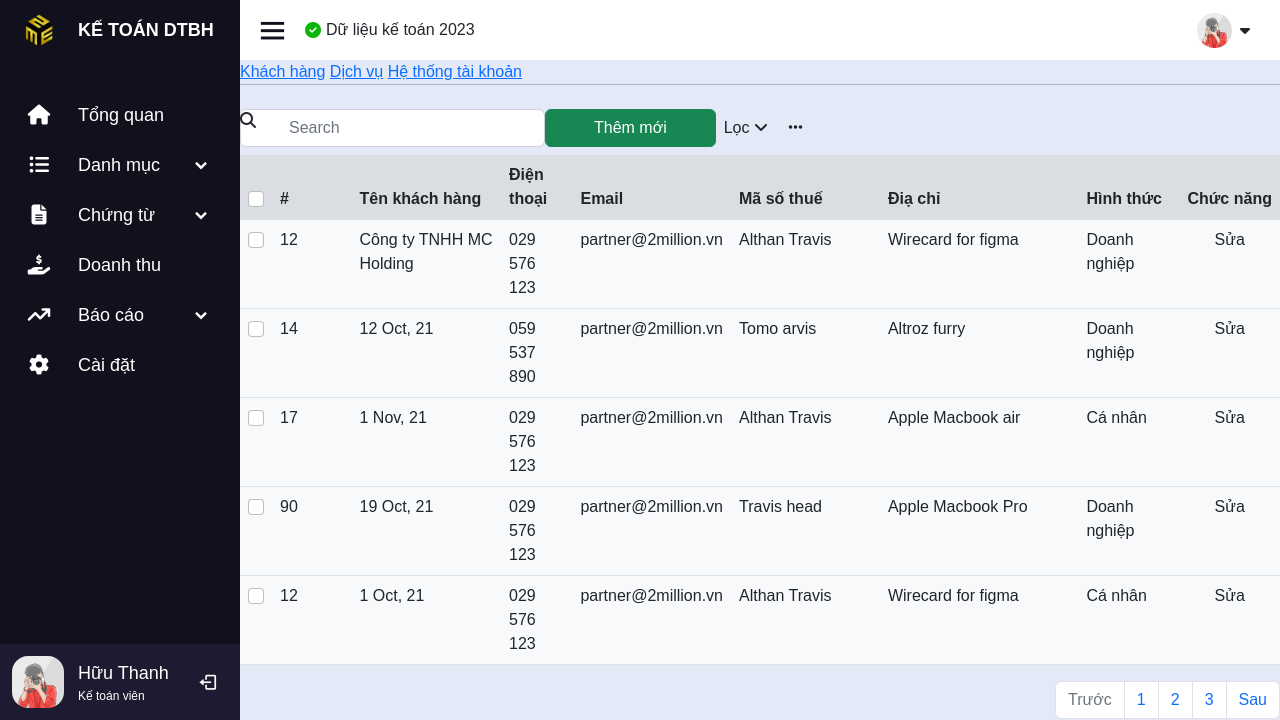
Repository: huuthanhdev/PhanMemKeToan
Page: pages/customer.html
These files come from the project's save history. The page is drawn as it stood at one moment and after the next save; the edit follows.
The browser window is 1280 px wide. The pictures show the whole page.
Some web fonts or font styles are not loaded; a fallback is used. Some web libraries are served in a nearby version.

Above is the page before, as saved 2023-03-24 16:45:41.

### pages/customer.html
<!DOCTYPE html>
  <!-- Coding by CodingLab | www.codinglabweb.com -->
<html lang="en">
<head>
    <meta charset="UTF-8">
    <meta http-equiv="X-UA-Compatible" content="IE=edge">
    <meta name="viewport" content="width=device-width, initial-scale=1.0">
    <link rel="icon" type="png" href="/assets/img/logo 2me.png"/>
    <title>2MILLION</title>
    <!----======== CSS ======== -->
    <link rel="stylesheet" href="/assets/css/style.css">
    <!----===== Boxicons CSS ===== -->
    <link href='https://unpkg.com/boxicons@2.1.1/css/boxicons.min.css' rel='stylesheet'>
    <link rel="stylesheet" href="https://cdnjs.cloudflare.com/ajax/libs/font-awesome/6.1.2/css/all.min.css" integrity="sha512-1sCRPdkRXhBV2PBLUdRb4tMg1w2YPf37qatUFeS7zlBy7jJI8Lf4VHwWfZZfpXtYSLy85pkm9GaYVYMfw5BC1A==" crossorigin="anonymous" referrerpolicy="no-referrer" />
    <!-- bootstrap 5 -->
    <link href="https://cdn.jsdelivr.net/npm/bootstrap@5.2.1/dist/css/bootstrap.min.css" rel="stylesheet"
    integrity="sha384-iYQeCzEYFbKjA/T2uDLTpkwGzCiq6soy8tYaI1GyVh/UjpbCx/TYkiZhlZB6+fzT" crossorigin="anonymous">

</head>
<body>
    <div class="sidebar">
        <div class="logo-details">
          <!-- <i class='bx bxl-c-plus-plus'></i> -->
          <img src="../assets/img/logo 2me.png" alt="" class="logo-img">
          <span class="logo_name">KẾ TOÁN DTBH</span>
        </div>
        <ul class="nav-links">
          <li class="nav-item">
            <a href="../pages/overview.html">
              <i class='fa-solid fa-house'></i>
              <span class="link_name">Tổng quan</span>
            </a>
            <ul class="sub-menu blank">
              <li><a class="link_name" href="../pages/overview.html">Tổng quan</a></li>
            </ul>
          </li>
          <li class="nav-item active">
            <div class="icon-link">
              <a href="../pages/customer.html">
                <i class='fa-solid fa-list-ul' ></i>
                <span class="link_name">Danh mục</span>
              </a>
              <i class='bx bxs-chevron-down arrow' ></i>
            </div>
            <ul class="sub-menu">
              <li><a class="link_name" href="#">Danh mục</a></li>
              <li><a href="../pages/customer.html">Khách hàng</a></li>
              <li><a href="../pages/service.html">Dịch vụ</a></li>
              <li><a href="../pages/account.html">Tài khoản</a></li>
            </ul>
          </li>

          <li class="nav-item">
            <div class="icon-link">
              <a href="#">
                <i class='fa-solid fa-file-lines' ></i>
                <span class="link_name">Chứng từ</span>
              </a>
              <i class='bx bxs-chevron-down arrow' ></i>
            </div>
            <ul class="sub-menu">
              <li><a class="link_name" href="#">Chứng từ</a></li>
              <li><a href="#">Hóa đơn GTGT</a></li>
              <li><a href="#">Phiếu giảm giá HB</a></li>
            </ul>
          </li>

          <li class="nav-item">
            <a href="#">
              <i class='fa-solid fa-hand-holding-dollar' ></i>
              <span class="link_name">Doanh thu</span>
            </a>
            <ul class="sub-menu blank">
              <li><a class="link_name" href="#">Doanh thu</a></li>
            </ul>
          </li>

          <li class="nav-item">
            <div class="icon-link">
              <a href="#">
                <i class='fa-solid fa-arrow-trend-up' ></i>
                <span class="link_name">Báo cáo</span>
              </a>
              <i class='bx bxs-chevron-down arrow' ></i>
            </div>
            <ul class="sub-menu">
              <li><a class="link_name" href="#">Báo cáo</a></li>
              <li><a href="#">Doanh thu theo KH</a></li>
              <li><a href="#">Doanh thu theo DV</a></li>
              <li><a href="#">Tổng hợp Doanh thu</a></li>
              <li><a href="#">Giảm trừ Doanh thu</a></li>
            </ul>
          </li>

          <li class="nav-item">
            <a href="#">
              <i class='fa-solid fa-gear' ></i>
              <span class="link_name">Cài đặt</span>
            </a>
            <ul class="sub-menu blank">
              <li><a class="link_name" href="#">Cài đặt</a></li>
            </ul>
          </li>
          <li>
        <div class="profile-details">
          <div class="profile-content">
            <img src="../assets/img/client2.png" alt="profileImg">
          </div>
          <div class="name-job">
            <div class="profile_name">Hữu Thanh</div>
            <div class="job">Kế toán viên</div>
          </div>
          <i class='bx bx-log-out' ></i>
        </div>
      </li>
    </ul>
      </div>
    <section class="home-section">
      <div class="home-nav">
          <i class='bx bx-menu' ></i>
          <div class="home-text">
              <i class="fa-solid fa-circle-check home-icon"></i>
              <span>Dữ liệu kế toán 2023</span>
          </div>

          <div class="home-info">
              <img src="../assets/img/client2.png" alt="avatar" class="home-avatar">
              <i class="fa-solid fa-caret-down"class="home-icon"></i>
          </div>
      </div>
      <!-- content -->
      <div class="home-content">
        <div class="home-tab">
          <a class="tab-item active" href="/pages/customer.html">Khách hàng</a>
          <a class="tab-item" href="/pages/service.html">Dịch vụ</a>
          <a class="tab-item" href="/pages/account.html">Hệ thống tài khoản</a>
        </div>
        <hr class="mt-0 mb-4">
        <!-- table -->
        <div class="container-fluid mt-0 px-0">
          <div class="mb-2 d-flex justify-content-start align-items-center">
              <div class="position-relative">
                  <span class="position-absolute search"><i class="fa fa-search"></i></span>
                  <input class="form-control w-100 px-5 m-0" placeholder="Search">
              </div>
              <button type="button" class="btn btn-success px-5">Thêm mới</button>
              <div class="px-2">
                  <span>Lọc <i class="fa fa-angle-down"></i></span>
                  <i class="fa fa-ellipsis-h ms-3"></i>
              </div>
          </div>
          <div class="table-responsive">
          <table class="table table-responsive table-hover bg-light">
            <thead>
              <tr style="background-color: #dadee2">
                <th scope="col" width="2%"><input class="form-check-input" type="checkbox"></th>
                <th scope="col" width="8%">#</th>
                <th scope="col" width="15%">Tên khách hàng</th>
                <th scope="col" width="7%">Điện thoại</th>
                <th scope="col" width="13%">Email</th>
                <th scope="col" width="15%">Mã số thuế</th>
                <th scope="col" width="20%">Điạ chỉ</th>
                <th scope="col" width="10%">Hình thức</th>
                <th scope="col" width="10%" class="text-center">Chức năng</th>
              </tr>
            </thead>
            <tbody>
              <tr>
                <th scope="row"><input class="form-check-input" type="checkbox"></th>
                <td>12</td>
                <td>Công ty TNHH MC Holding</td>
                <td>029 576 123</td>
                <td>partner@2million.vn</td>
                <td>Althan Travis</td>
                <td>Wirecard for figma</td>
                <td>Doanh nghiệp</td>
                <td class="text-center">Sửa</td>
              </tr>

              <tr>
                <th scope="row"><input class="form-check-input" type="checkbox"></th>
                <td>14</td>
                <td>12 Oct, 21</td>
                <td>059 537 890</td>
                <td>partner@2million.vn</td>
                <td>Tomo arvis</td>
                <td>Altroz furry</td>
                <td>Doanh nghiệp</td>
                <td class="text-center">Sửa</td>
              </tr>

              <tr>
                <th scope="row"><input class="form-check-input" type="checkbox"></th>
                <td>17</td>
                <td>1 Nov, 21</td>
                <td>029 576 123</td>
                <td>partner@2million.vn</td>
                <td>Althan Travis</td>
                <td>Apple Macbook air</td>
                <td>Cá nhân</td>
                <td class="text-center">Sửa</td>
              </tr>

              <tr>
                <th scope="row"><input class="form-check-input" type="checkbox"></th>
                <td>90</td>
                <td>19 Oct, 21</td>
                <td>029 576 123</td>
                <td>partner@2million.vn</td>
                <td>Travis head</td>
                <td>Apple Macbook Pro</td>
                <td>Doanh nghiệp</td>
                <td class="text-center">Sửa</td>
              </tr>

              <tr>
                <th scope="row"><input class="form-check-input" type="checkbox"></th>
                <td>12</td>
                <td>1 Oct, 21</td>
                <td>029 576 123</td>
                <td>partner@2million.vn</td>
                <td>Althan Travis</td>
                <td>Wirecard for figma</td>
                <td>Cá nhân</td>
                <td class="text-center">Sửa</td>
              </tr>
            </tbody>
          </table>
          </div>
        </div>
        <!-- //table -->
        <!-- pagination -->
        <nav aria-label="Page navigation example">
          <ul class="pagination justify-content-end">
            <li class="page-item disabled">
              <a class="page-link" href="#" tabindex="-1" aria-disabled="true">Trước</a>
            </li>
            <li class="page-item"><a class="page-link" href="#">1</a></li>
            <li class="page-item"><a class="page-link" href="#">2</a></li>
            <li class="page-item"><a class="page-link" href="#">3</a></li>
            <li class="page-item">
              <a class="page-link" href="#">Sau</a>
            </li>
          </ul>
        </nav>
        <!-- //pagination -->

      </div>
    </section>

    <script src="/app.js"></script>

</body>
</html>

### assets/css/style.css
/* Google Fonts Import Link */
@import url("https://fonts.googleapis.com/css2?family=Quicksand:wght@300;400;500;600&display=swap");
* {
  margin: 0;
  padding: 0;
  box-sizing: border-box;
  font-family: "Quicksand", sans-serif;
}
.sidebar{
  position: fixed;
  top: 0;
  left: 0;
  height: 100%;
  width: 240px;
  background: #11101d;
  z-index: 100;
  transition: all 0.5s ease;
}
.sidebar.close{
  width: 78px;
}
.sidebar .logo-details{
  height: 60px;
  width: 100%;
  display: flex;
  align-items: center;
}
.sidebar .logo-details i{
  font-size: 30px;
  color: #fff;
  height: 50px;
  min-width: 78px;
  text-align: center;
  line-height: 50px;
}
/*add logo  */
.sidebar .logo-details img{
  height: 40px;
  min-width: 78px;
  object-fit: contain;
  border-radius: 16px;
  transition: all 0.5s ease;
}

.sidebar .logo-details .logo_name{
  font-size: 18px;
  color: #fff;
  font-weight: 600;
  transition: 0.3s ease;
  transition-delay: 0.1s;
  position: relative;
}
.sidebar.close .logo-details .logo_name{
  transition-delay: 0s;
  opacity: 0;
  pointer-events: none;
}
.sidebar .nav-links{
  height: 100%;
  padding: 30px 0 150px 0;
  overflow: auto;
}
.sidebar.close .nav-links{
  overflow: visible;
}
.sidebar .nav-links::-webkit-scrollbar{
  display: none;
}
.sidebar .nav-links li{
  position: relative;
  list-style: none;
  transition: all 0.4s ease;
}
.sidebar .nav-links li:hover{
  background: #1d1b31;
}
.sidebar .nav-links li .icon-link{
  display: flex;
  align-items: center;
  justify-content: space-between;
}
.sidebar.close .nav-links li .icon-link{
  display: block
}
.sidebar .nav-links li i{
  height: 50px;
  min-width: 78px;
  text-align: center;
  line-height: 50px;
  color: #fff;
  font-size: 20px;
  cursor: pointer;
  transition: all 0.3s ease;
}
.sidebar .nav-links li.showMenu i.arrow{
  transform: rotate(-180deg);
}
.sidebar.close .nav-links i.arrow{
  display: none;
}
.sidebar .nav-links li a{
  display: flex;
  align-items: center;
  text-decoration: none;
}
.sidebar .nav-links li a .link_name{
  font-size: 18px;
  font-weight: 400;
  color: #fff;
  transition: all 0.4s ease;
}
.sidebar.close .nav-links li a .link_name{
  opacity: 0;
  pointer-events: none;
}
.sidebar .nav-links li .sub-menu{
  padding: 6px 6px 14px 80px;
  margin-top: -10px;
  background: #1d1b31;
  display: none;
}
.sidebar .nav-links li.showMenu .sub-menu{
  display: block;
}
.sidebar .nav-links li .sub-menu a{
  color: #fff;
  font-size: 15px;
  padding: 5px 0;
  white-space: nowrap;
  opacity: 0.6;
  transition: all 0.3s ease;
}
.sidebar .nav-links li .sub-menu a:hover{
  opacity: 1;
}
.sidebar.close .nav-links li .sub-menu{
  position: absolute;
  left: 100%;
  top: -10px;
  margin-top: 0;
  padding: 10px 20px;
  border-radius: 0 6px 6px 0;
  opacity: 0;
  display: block;
  pointer-events: none;
  transition: 0s;
}
.sidebar.close .nav-links li:hover .sub-menu{
  top: 0;
  opacity: 1;
  pointer-events: auto;
  transition: all 0.4s ease;
}
.sidebar .nav-links li .sub-menu .link_name{
  display: none;
}
.sidebar.close .nav-links li .sub-menu .link_name{
  font-size: 18px;
  opacity: 1;
  display: block;
}
.sidebar .nav-links li .sub-menu.blank{
  opacity: 1;
  pointer-events: auto;
  padding: 3px 20px 6px 16px;
  opacity: 0;
  pointer-events: none;
}
.sidebar .nav-links li:hover .sub-menu.blank{
  top: 50%;
  transform: translateY(-50%);
}
.sidebar .profile-details{
  position: fixed;
  bottom: 0;
  width: 240px;
  display: flex;
  align-items: center;
  justify-content: space-between;
  background: #1d1b31;
  padding: 12px 0;
  transition: all 0.5s ease;
}
.sidebar.close .profile-details{
  background: none;
}
.sidebar.close .profile-details{
  width: 78px;
}
.sidebar .profile-details .profile-content{
  display: flex;
  align-items: center;
  cursor: pointer;
}
.sidebar .profile-details img{
  height: 52px;
  width: 52px;
  object-fit: cover;
  border-radius: 16px;
  margin: 0 14px 0 12px;
  background: #1d1b31;
  transition: all 0.5s ease;
}
.sidebar.close .profile-details img{
  padding: 10px;
}
.sidebar .profile-details .profile_name,
.sidebar .profile-details .job{
  color: #fff;
  font-size: 18px;
  font-weight: 500;
  white-space: nowrap;
}
/* thêm nowrap */
.sidebar .nav-links .link_name,
.sidebar .logo-details .logo_name{
  white-space: nowrap;
}
/*  */
.sidebar.close .profile-details i,
.sidebar.close .profile-details .profile_name,
.sidebar.close .profile-details .job{
  display: none;
}
.sidebar .profile-details .job{
  font-size: 12px;
}
.home-section{
  position: relative;
  background: #E4E9F7;
  height: 100vh;
  left: 240px;
  width: calc(100% - 240px);
  transition: all 0.5s ease;
}
.sidebar.close ~ .home-section{
  left: 78px;
  width: calc(100% - 78px);
}
.home-section .home-nav{
  height: 60px;
  display: flex;
  align-items: center;
}
.home-section .home-nav .bx-menu,
.home-section .home-nav .text{
  color: #11101d;
  font-size: 35px;
}
.home-section .home-nav .bx-menu{
  margin: 0 15px;
  cursor: pointer;
}
.home-section .home-nav .text{
  font-size: 26px;
  font-weight: 600;
}
@media (max-width: 400px) {
  .sidebar.close .nav-links li .sub-menu{
    display: none;
  }
  .sidebar{
    width: 78px;
  }
  .sidebar.close{
    width: 0;
  }
  .home-section{
    left: 78px;
    width: calc(100% - 78px);
    z-index: 100;
  }
  .sidebar.close ~ .home-section{
    width: 100%;
    left: 0;
  }
}
/* nav fixed */
.home {
  position: fixed;
}
.home-nav {
  display: flex;
  justify-content: flex-start;
  margin-top: auto;
  width: 100%;
  height: 60px;
  background-color: white;
}
.home-info, .home-text {
  display: flex;
  align-items: center;
  justify-content: space-between;
}
.home-icon {
  color: #11101d;
}
.home-text .home-icon {
  color: rgb(12, 181, 12);
  padding-right: 5px;
}
.home-avatar {
  width: 35px;
  height: 35px;
  border-radius: 50%;
  object-fit: cover;
  margin-right: 8px;
}
.home-info{
  margin-left: auto;
  padding-right: 30px;
  cursor: pointer;
}

### app.js
let arrow = document.querySelectorAll(".arrow");
  for (var i = 0; i < arrow.length; i++) {
    arrow[i].addEventListener("click", (e)=>{
   let arrowParent = e.target.parentElement.parentElement;//selecting main parent of arrow
   arrowParent.classList.toggle("showMenu");
    });
  }
  let sidebar = document.querySelector(".sidebar");
  let sidebarBtn = document.querySelector(".bx-menu");
  console.log(sidebarBtn);
  sidebarBtn.addEventListener("click", ()=>{
    sidebar.classList.toggle("close");
  });

After the next save:
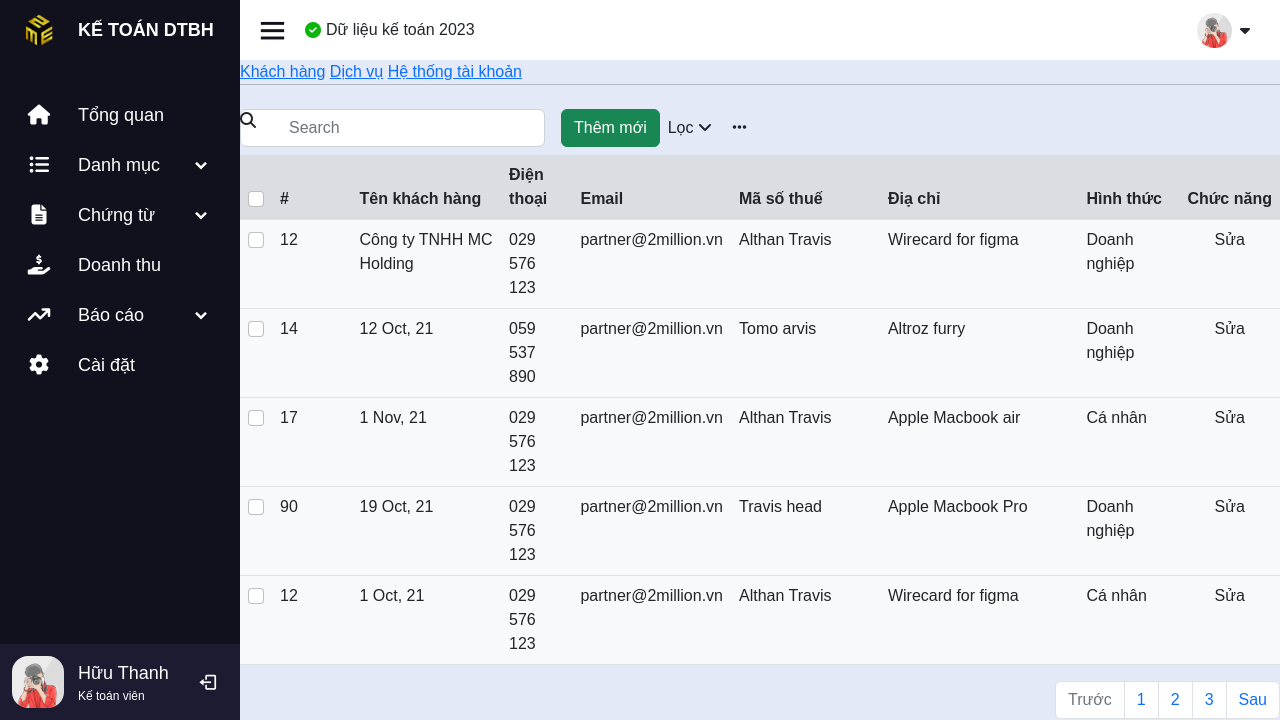
Saved 8 s later.
--- a/pages/customer.html
+++ b/pages/customer.html
@@ -143,7 +143,7 @@
                   <span class="position-absolute search"><i class="fa fa-search"></i></span>
                   <input class="form-control w-100 px-5 m-0" placeholder="Search">
               </div>
-              <button type="button" class="btn btn-success px-5">Thêm mới</button>
+              <button type="button" class="btn btn-success ms-3">Thêm mới</button>
               <div class="px-2">
                   <span>Lọc <i class="fa fa-angle-down"></i></span>
                   <i class="fa fa-ellipsis-h ms-3"></i>
